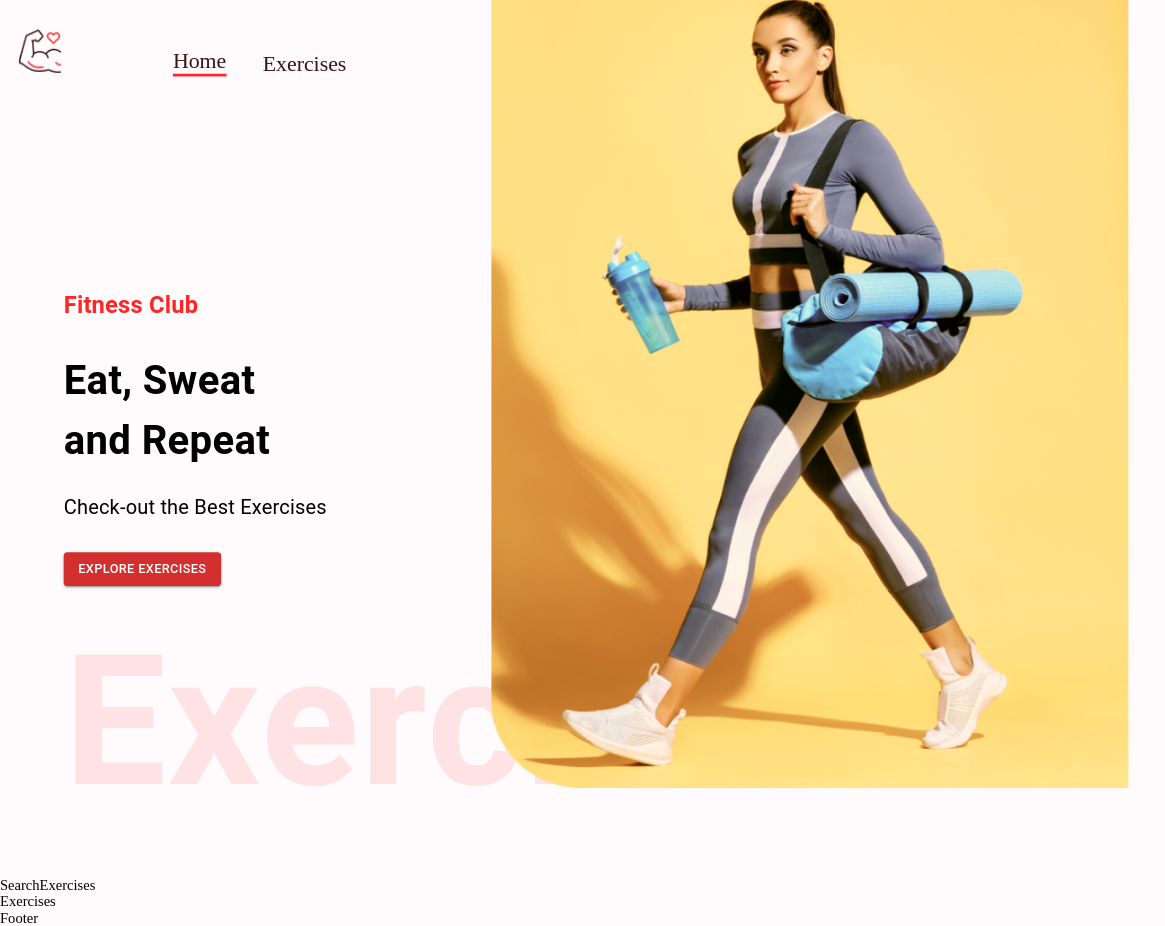
Repository: remydev47/fitness-center
Page: /
An editor plug-in stored every save of this project. The page is shown before and after the next save, followed by the edit.
The browser window is 1280 px wide. The pictures show the whole page, at 91% of full size.
The project was rebuilt for these pictures with package versions that can differ from the ones it lists, and the page was loaded fresh each time. Also part of the build but not shown: src/pages/ExerciseDetail.js.

Above is the page before, as saved 2022-07-26 00:49:09.

### src/index.js
import React from 'react'
import ReactDOM from  'react-dom'
import { BrowserRouter } from 'react-router-dom'

import App from './App'

const root = ReactDOM.createRoot(document.getElementById('root'))

root.render(
    <BrowserRouter>
      <App/>
    </BrowserRouter>
)

### src/App.js
import React from 'react'
import { Route, Routes } from 'react-router-dom';
import { Box } from '@mui/material'

import './App.css'
import Navbar from './components/Navbar';
import Footer from './components/Footer'
import Home from './pages/Home';
import ExerciseDetail from './pages/ExerciseDetail';

const App = () => {
  return (
    <Box>
      <Navbar />
      <Routes>
        <Route path="/"  element={<Home />}/>
        <Route path="/exercise/:id"  element={<ExerciseDetail />}/>
      </Routes>
      <Footer />
    </Box>
  )
}

export default App

### src/components/Navbar.js
import React from 'react'
import { Link } from 'react-router-dom';
import { Stack } from '@mui/material'
import Logo from '../assets/images/Logo.png'

const Navbar = () => {
  return (
    <Stack
     direction="row"
     justifyContent="space-around"
     sx={{ gap: { sm: '122px', xs: '40px'}, mt: { sm: '32px', xs:'20px'}, justifyContent: 'none'}}
     px="20px"
    >
        <Link to="/">
            <img
               src={Logo}
               alt="logo"
               style={{
                width:'48px',
                height:'48px',
                margin: '0, 20px'
               }}
            />
        </Link>
        <Stack
            direction="row"
            gap="40px"
            fontSize="24px"
            alignItems="flex-end"
        >
            <Link to="/" style={{
                textDecoration:"none",
                color:"#3A1212",
                borderBottom: '3px solid #FF2625'
            }}
            >
                Home
            </Link>
            <a href="#exercises" style={{ textDecoration:"none", color:"#3A1212"}}>Exercises</a>
        </Stack>
    </Stack>
  )
}

export default Navbar

### src/pages/Home.js
import React, { useState } from 'react';
import { Box } from '@mui/material'
import HeaderBanner from '../components/HeaderBanner';
import SearchExercises from '../components/SearchExercises';
import Exercises from '../components/Exercises';

const Home = () => {
  return (
    <Box>
        <HeaderBanner />
        <SearchExercises />
        <Exercises />
    </Box>
  )
}

export default Home

### src/components/HeaderBanner.js
import React from 'react';
import { Box, Stack, Typography, Button } from '@mui/material';
import HeroBannerImage from '../assets/images/banner.png';

const HeaderBanner = () => {
  return (
    <Box
      sx={{
        mt:{ lg: '212px', xs: '70px'},
        ml: { sm: '50px'}
      }}
      position="relative"
      p="20px"
    >
        <Typography
          color="#FF2625"
          fontSize="26px"
          fontWeight="600"
        >
            Fitness Club
        </Typography>
        <Typography
          fontWeight={700}
          sx={{
             fontSize: { lg:'44px', xs: '40px'}
          }}
          mb="23px"
          mt="30px"
        >
            Eat, Sweat <br/>and Repeat
        </Typography>
        <Typography
         fontSize="22px"
         lineHeight="35px"
         mb={4}
        >
            Check-out the Best Exercises
        </Typography>
        <Button
          sm={{
            backgroundColor: "#FF2625",
            padding: "10px"
          }}
          variant="contained"
          color="error"
          href="#exercises"
        >
            Explore Exercises
        </Button>
        <Typography
          fontWeight={600}
          color="#ff2625"
          sx={{
            opacity: '0.1',
            display: { lg: 'block', xs: 'none'}
          }}
          fontSize="200px"
        >
            Exercises
        </Typography>
        <img
          src={HeroBannerImage}
          alt="banner"
          className='hero-banner-img'
        />
    </Box>
  )
}

export default HeaderBanner

### src/components/SearchExercises.js
import React, { useState, useEffect } from 'react';
import { Box, Typography, Stack, Button, TextField } from '@mui/material'

const SearchExercises = () => {
  return (
    <div>SearchExercises</div>
  )
}

export default SearchExercises

Loaded but not shown: public/index.html (common file); src/App.css (common file); src/components/Footer.js (common file); src/components/Exercises.js (common file)

After the next save:
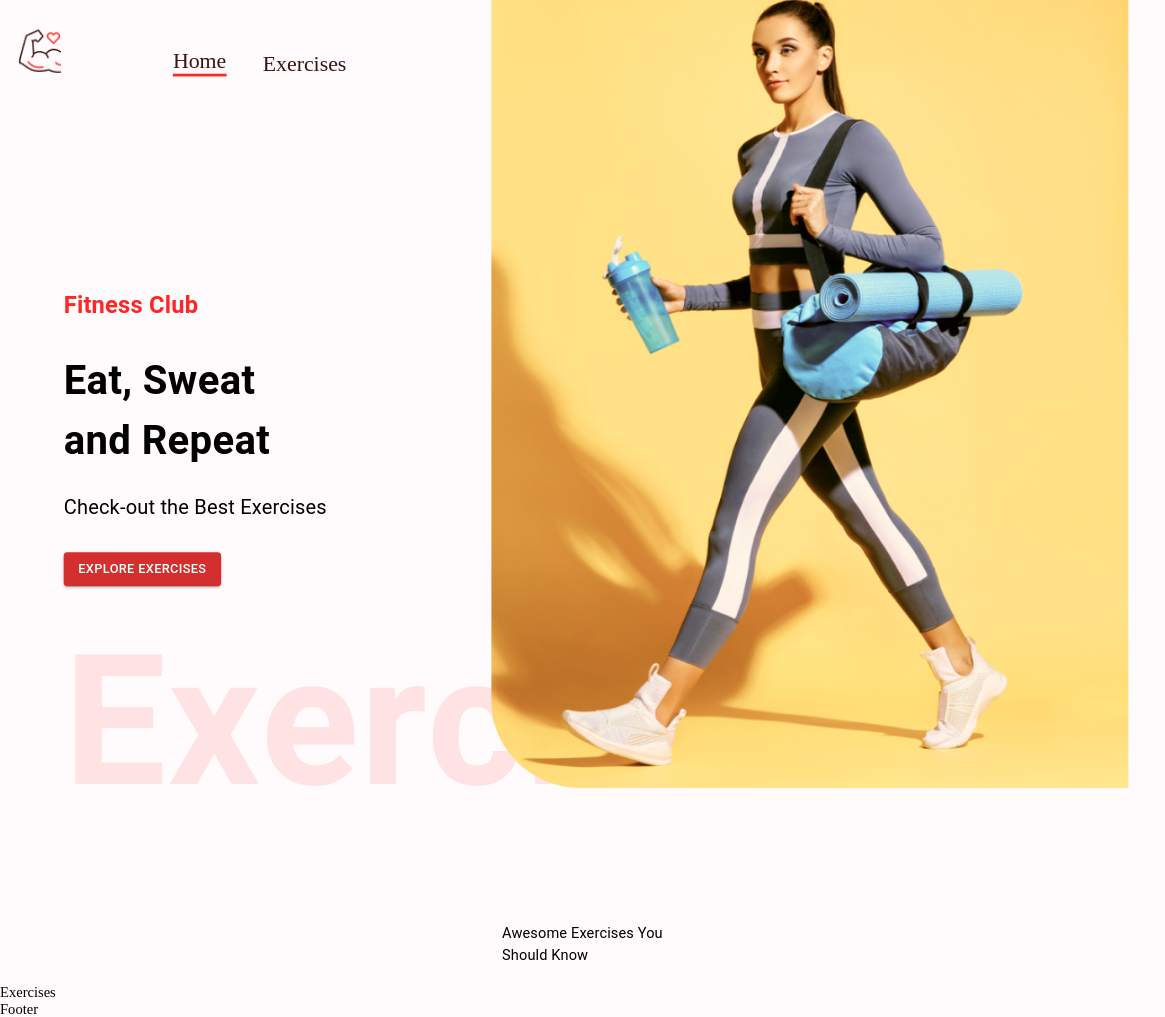
Saved 3 min 21 s later.
--- a/src/components/SearchExercises.js
+++ b/src/components/SearchExercises.js
@@ -3,7 +3,17 @@ import { Box, Typography, Stack, Button, TextField } from '@mui/material'
 
 const SearchExercises = () => {
   return (
-    <div>SearchExercises</div>
+    <Stack
+      alignItems="center"
+      mt="30px"
+      justifyContent="center"
+      p="20px"
+    >
+        <Typography>
+            Awesome Exercises You <br />
+            Should Know
+        </Typography>
+    </Stack>
   )
 }
 
